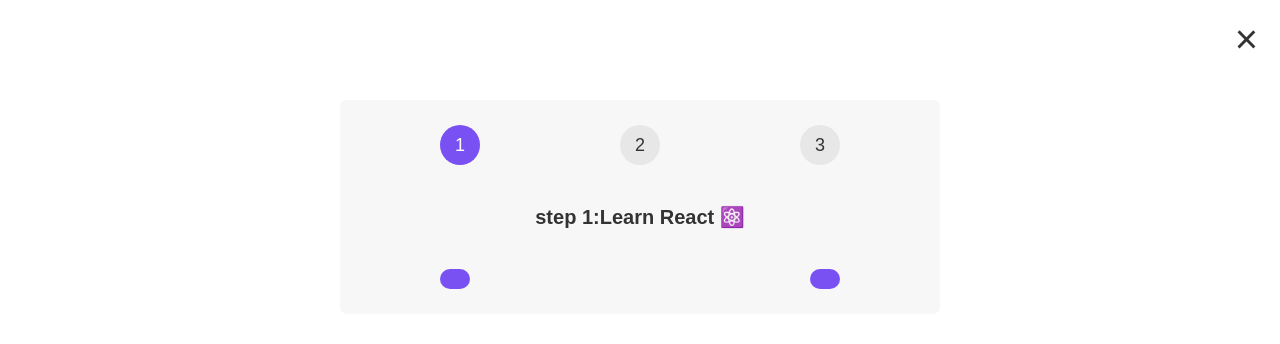
Repository: masamichan/steps
Page: /
An editor plug-in stored every save of this project. The page is shown before and after a run of saves, followed by the edit.
The browser window is 1280 px wide. The pictures show the whole page.
The project was rebuilt for these pictures with package versions that can differ from the ones it lists, and the page was loaded fresh each time.

Above is the page before, as saved 2024-01-23 09:23:34.

### src/App.js
import { useState } from "react";

const messages = [
  "Learn React ⚛️",
  "Apply for jobs 💼",
  "Invest your new income 🤑",
];

export default function App() {
  const [step, setStep] = useState(1);
  const [isOpen, setIsOpen] = useState(true);

  function handlePrevious() {
    if (step > 1) setStep((s) => s - 1);
  }

  function handleNext() {
    if (step < 3) {
      setStep((s) => s + 1);
      // setStep((s) => s + 1);
    }
  }

  return (
    <div>
      <button className="close" onClick={() => setIsOpen((is) => !isOpen)}>
        &times;
      </button>
      {isOpen && (
        <div className="steps">
          <div className="numbers">
            <div className={step >= 1 ? "active" : ""}>1</div>
            <div className={step >= 2 ? "active" : ""}>2</div>
            <div className={step >= 3 ? "active" : ""}>3</div>
          </div>
          <p className="message">
            step {step}:{messages[step - 1]}
          </p>
          <div className="buttons">
            <Button bgColor="#7950f2" textColor="#fff" onClick={handlePrevious}>
              <span>👈</span> Previous
            </Button>
            <Button
              bgColor="#7950f2"
              textColor="#fff"
              onClick={handleNext}
              Next
            >
              <span>👉</span>
            </Button>
          </div>
        </div>
      )}
    </div>
  );
}

function Button({ textColor, bgColor, onClick, text, emoji }) {
  return (
    <button
      style={{ backgroundColor: bgColor, color: textColor }}
      onClick={onClick}
    >
      <span>{emoji}</span>
      {text}
    </button>
  );
}

Loaded but not shown: public/index.html (common file); src/index.js (common file); src/index.css (common file)

After the next 2 saves:
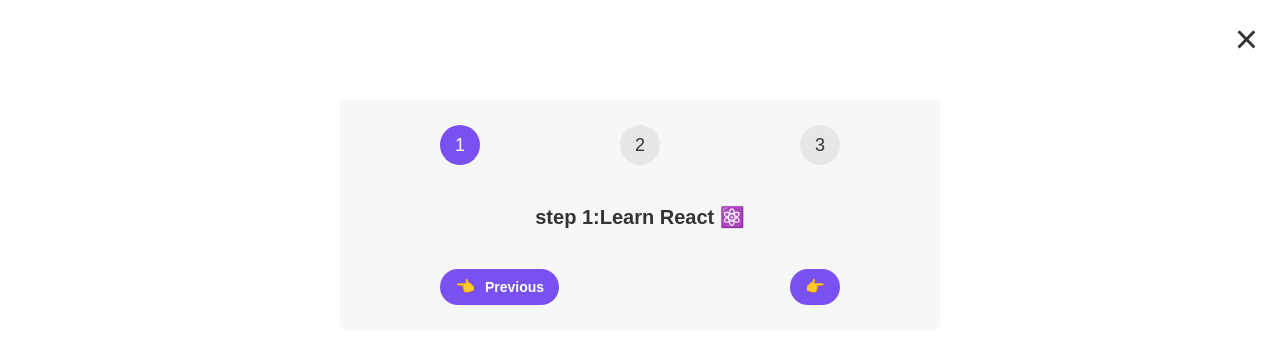
The 2 saves are shown as one change because 1 did not build or start.
The last was saved 2 min 6 s later.
--- a/src/App.js
+++ b/src/App.js
@@ -55,14 +55,13 @@ export default function App() {
   );
 }
 
-function Button({ textColor, bgColor, onClick, text, emoji }) {
+function Button({ textColor, bgColor, onClick, children }) {
   return (
     <button
       style={{ backgroundColor: bgColor, color: textColor }}
       onClick={onClick}
     >
-      <span>{emoji}</span>
-      {text}
+      {children}
     </button>
   );
 }
